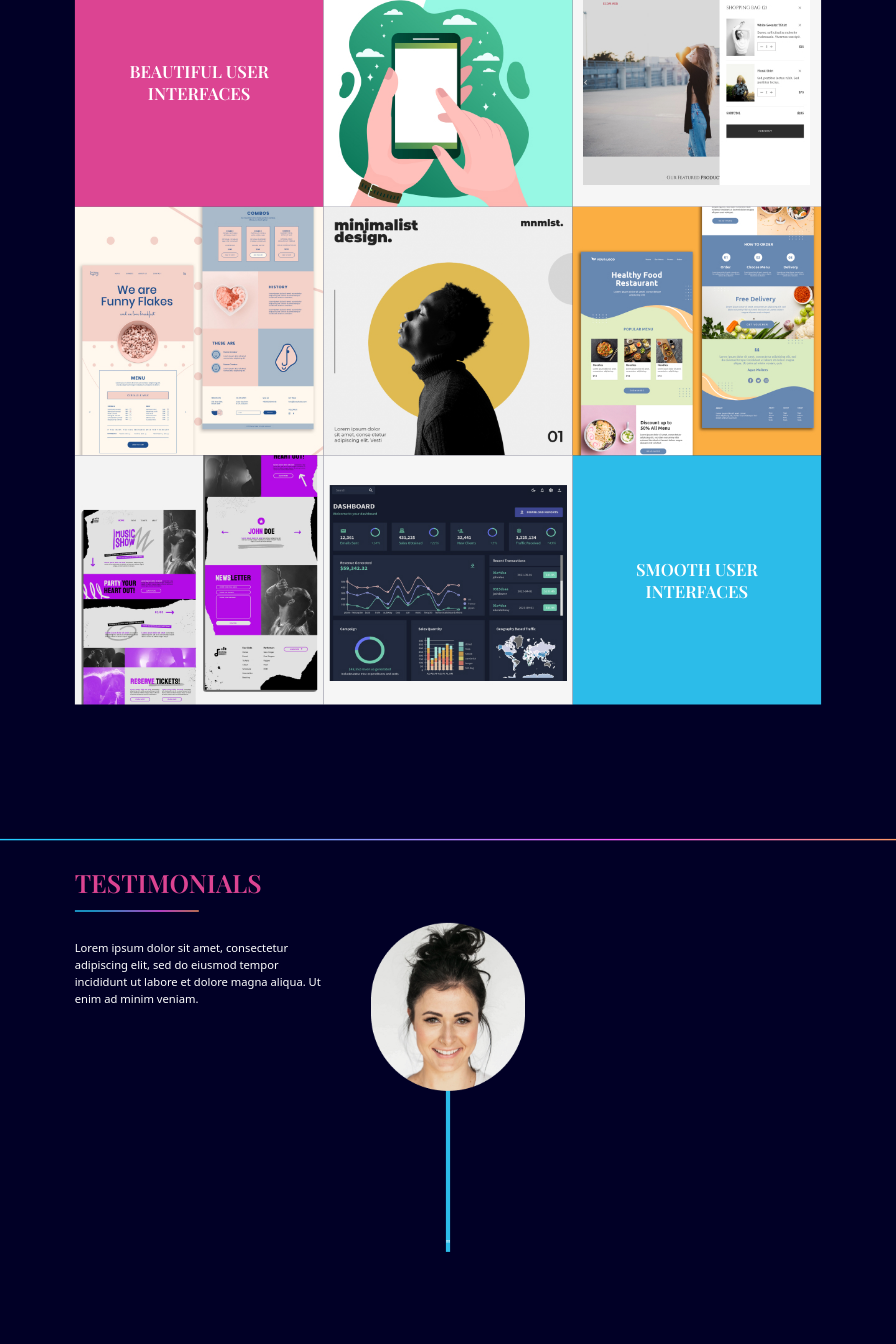
Repository: thibaultNicolas/portfolio-react
Page: /
The author's editor kept a copy of each file at every save. The page is drawn from the files as they stood at one save, then again after a run of saves.
The browser window is 1280 px wide. The pictures show the part of the page from y = 2039 to 3959 px (the page is 3959 px tall), at 70% of full size.
The project was rebuilt for these pictures with package versions that can differ from the ones it lists, and the page was loaded fresh each time. Also part of the build but not shown: next.config.ts.

Above is the page before, as saved 2023-01-08 12:01:43.

After the next 2 saves:
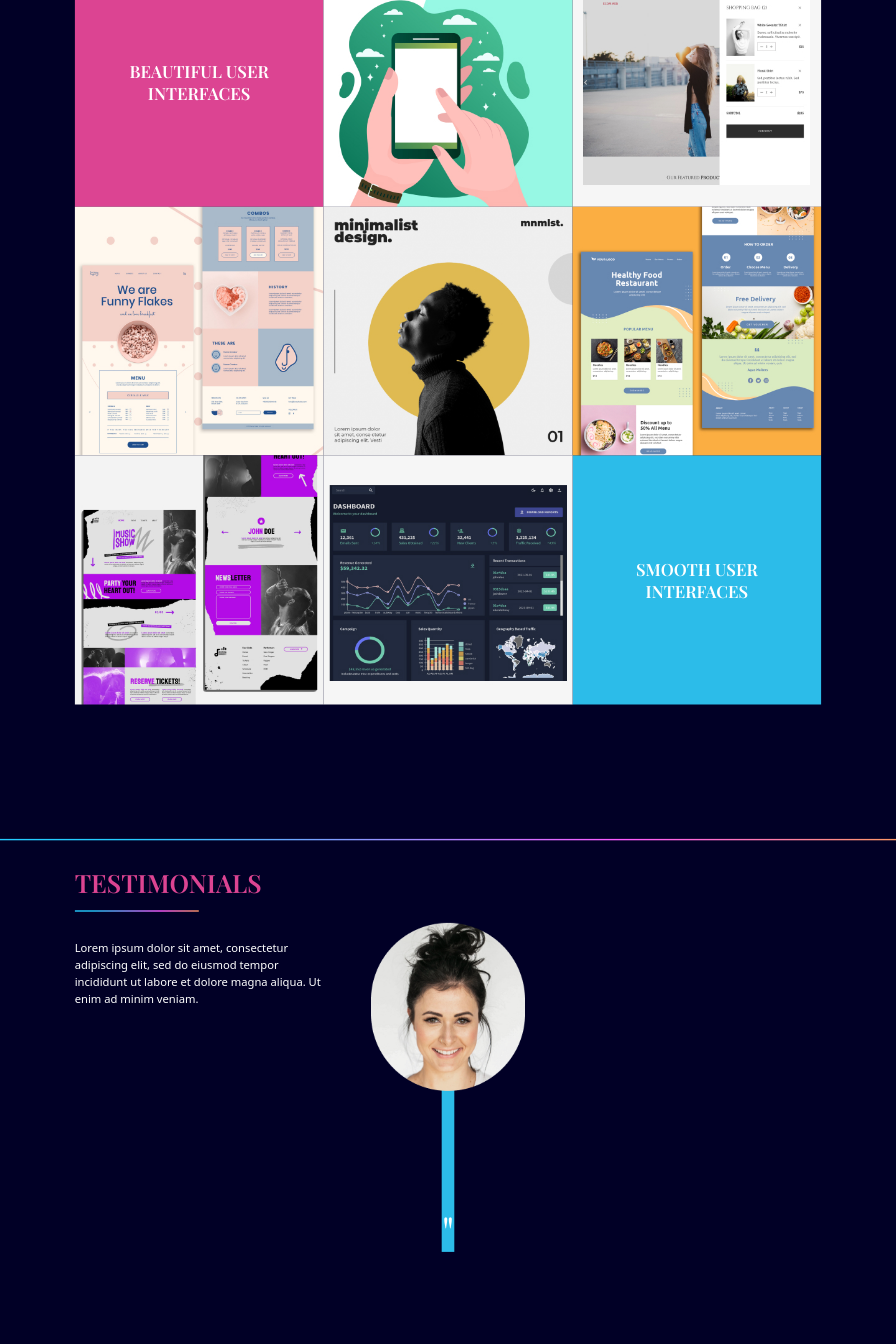
The 2 saves are shown as one change because they came seconds apart.
The last was saved 10 s later.
--- a/src/scenes/Testimonials.jsx
+++ b/src/scenes/Testimonials.jsx
@@ -43,7 +43,7 @@ const Testimonials = () => {
                         visible: { opacity: 1, x: 0 },
                     }}
                 >
-                    <p>"</p>
+                    <p className='font-playfair text-6xl'>"</p>
                 </motion.div>
             </div>
         </section>
